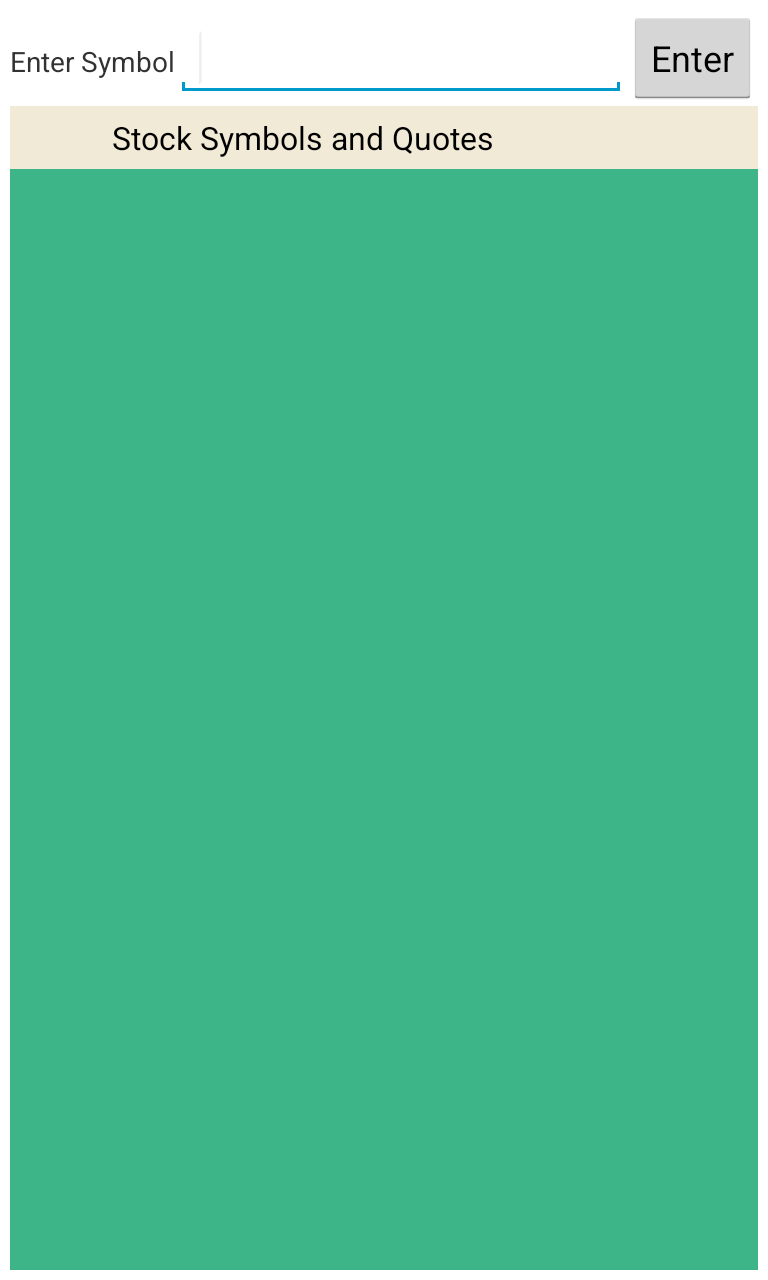
Repository: almeiduh/AndroidApps
Layout: StockQuote/res/layout/activity_main.xml
The author's editor kept a copy of each file at every save. The layout is drawn from the files as they stood at one save, then again after the next save.
It is drawn on a 768 x 1280 px phone screen (xhdpi) without system bars, with theme AppTheme; the app's code is not run.

Above is the layout before, as saved 2014-02-05 00:13:01.

### StockQuote/res/layout/activity_main.xml
<TableLayout xmlns:android="http://schemas.android.com/apk/res/android"
    xmlns:tools="http://schemas.android.com/tools"
    android:id="@+id/TableLayout1"
    android:layout_width="match_parent"
    android:layout_height="match_parent"
    android:paddingBottom="@dimen/activity_vertical_margin"
    android:paddingLeft="@dimen/activity_horizontal_margin"
    android:paddingRight="@dimen/activity_horizontal_margin"
    android:paddingTop="@dimen/activity_vertical_margin"
    tools:context=".MainActivity" >

    <TableRow
        android:id="@+id/tableRow1"
        android:layout_width="match_parent"
        android:layout_height="wrap_content" >

        <TextView
            android:id="@+id/enterSymbolTextView"
            android:layout_width="wrap_content"
            android:layout_height="wrap_content"
            android:text="@string/stock_symbol" />

        <EditText
            android:id="@+id/stockSymbolEditText"
            android:layout_width="wrap_content"
            android:layout_height="wrap_content"
            android:ems="10"
            android:layout_weight="1"
            android:inputType="text"
            >

            <requestFocus />
        </EditText>

        <Button
            android:id="@+id/enterStockSymbolButton"
            android:layout_width="wrap_content"
            android:layout_height="wrap_content"
            android:text="@string/enter_stock_symbol" />

    </TableRow>

    <TableRow
        android:id="@+id/tableRow2"
        android:layout_width="match_parent"
        android:layout_height="wrap_content"
        android:background="@color/eggshell" >

        <TextView
            android:id="@+id/stockSymbolTextView"
            android:layout_width="match_parent"
            android:layout_height="wrap_content"
            android:layout_span="2"
            android:gravity="center_horizontal"
            android:padding="5dp"
            android:textColor="@color/black"
            android:textSize="@dimen/stock_list_text_size"
            android:text="@string/stock_symbol_list" />

    </TableRow>

    <TableRow
        android:id="@+id/tableRow3"
        android:layout_width="match_parent"
        android:layout_height="wrap_content"
        android:background="@color/mint"
        android:layout_weight="1" >

        <ScrollView
            android:id="@+id/stockScrollView"
            android:layout_width="match_parent"
            android:layout_height="wrap_content"
            android:layout_span="2"
            android:padding="5dp" >

            <TableLayout
                android:layout_width="match_parent"
                android:layout_height="wrap_content"
                android:padding="5dp"
				android:stretchColumns="yes">
            </TableLayout>
        </ScrollView>

    </TableRow>

</TableLayout>

### StockQuote/res/values/dimens.xml
<resources>

    <!-- Default screen margins, per the Android Design guidelines. -->
    <dimen name="activity_horizontal_margin">5dp</dimen>
    <dimen name="activity_vertical_margin">5dp</dimen>
    <dimen name="stock_list_text_size">16sp</dimen>

</resources>

### StockQuote/res/values/strings.xml
<?xml version="1.0" encoding="utf-8"?>
<resources>

    <string name="app_name">Get Stock Quotes</string>
    <string name="action_settings">Settings</string>
	<string name="stock_symbol">Enter Symbol</string>
	<string name="enter_stock_symbol">Enter</string>
	<string name="stock_symbol_list">Stock Symbols and Quotes</string>
	<string name="change_stock_symbol">Change</string>
	<string name="ok">OK</string>
	<string name="cancel">Cancel</string>
	<string name="missing_stock_symbol">Enter a Stock Symbol</string>
	<string name="invalid_stock_symbol">Invalid Stock Symbol</string>
	<string name="delete_all_symbols">Delete All Symbols</string>
	<string name="confirm_action">Are you sure?</string>
	<string name="get_stock_quote">Quote</string>
	<string name="go_to_website">Web</string>
	<string name="yahoo_stock_url">http://finance.yahoo.com/q?s=</string>
	<string name="stock_company_name">Company Name</string>
	<string name="stock_year_low">Year Low:</string>
	<string name="stock_year_high">Year High:</string>
	<string name="stock_days_low">Days Low:</string>
	<string name="stock_days_high">Days High:</string>
	<string name="title_activity_stock_info">StockInfoActivity</string>
	<string name="last_trade_price_only">Last Price:</string>
	<string name="change">Change:</string>
	<string name="days_range">Daily Price Range:</string>
</resources>

### StockQuote/res/values/colors.xml
<?xml version="1.0" encoding="utf-8"?>
<resources>
    <color name="aero_blue">#C9FFE5</color>
    <color name="eggshell">#F0EAD6</color>
    <color name="black">#000000</color>
    <color name="mint">#3EB489</color>
</resources>

Loaded but not shown: StockQuote/res/values/styles.xml (common file); StockQuote/res/values-v11/styles.xml (common file); StockQuote/res/values-v14/styles.xml (common file)

After the next save:
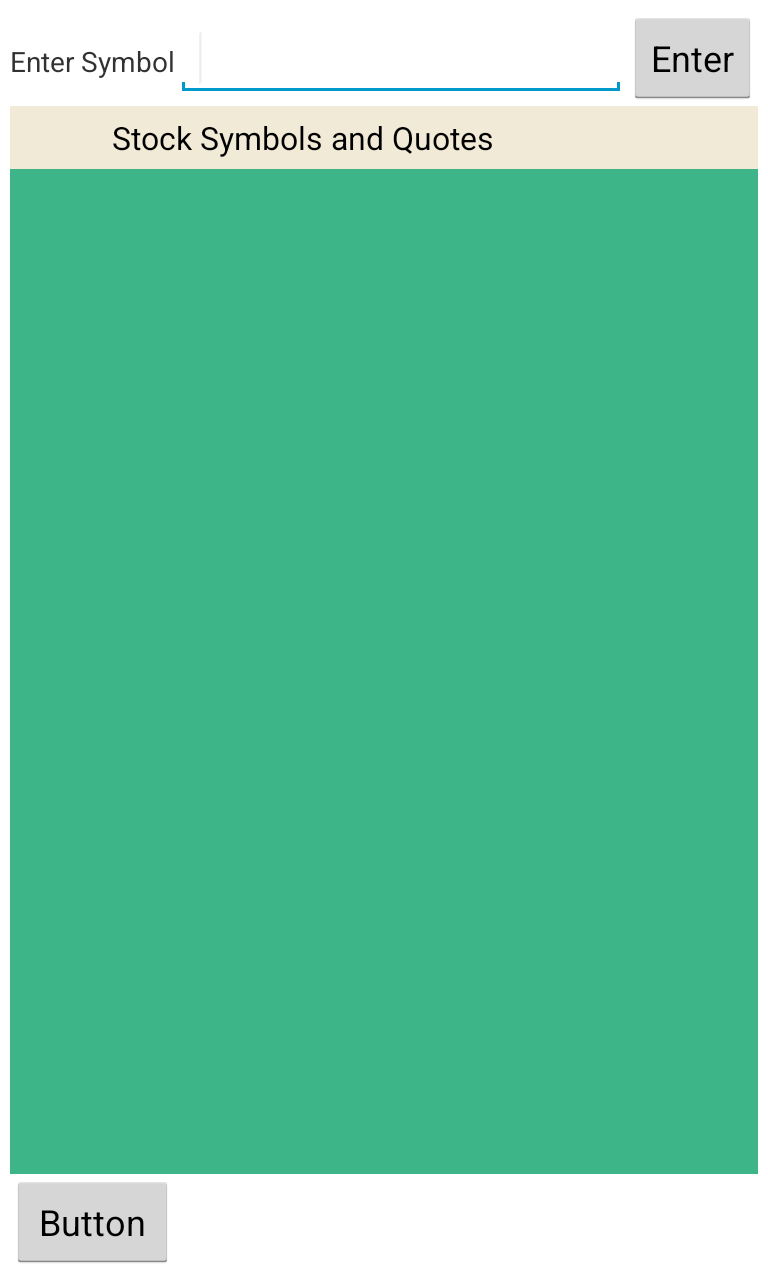
Saved 3 min 39 s later.
--- a/StockQuote/res/layout/activity_main.xml
+++ b/StockQuote/res/layout/activity_main.xml
@@ -83,4 +83,17 @@
 
     </TableRow>
 
+    <TableRow
+        android:id="@+id/tableRow4"
+        android:layout_width="match_parent"
+        android:layout_height="wrap_content" >
+
+        <Button
+            android:id="@+id/deleteTableButton"
+            android:layout_width="wrap_content"
+            android:layout_height="wrap_content"
+            android:text="Button" />
+
+    </TableRow>
+
 </TableLayout>
